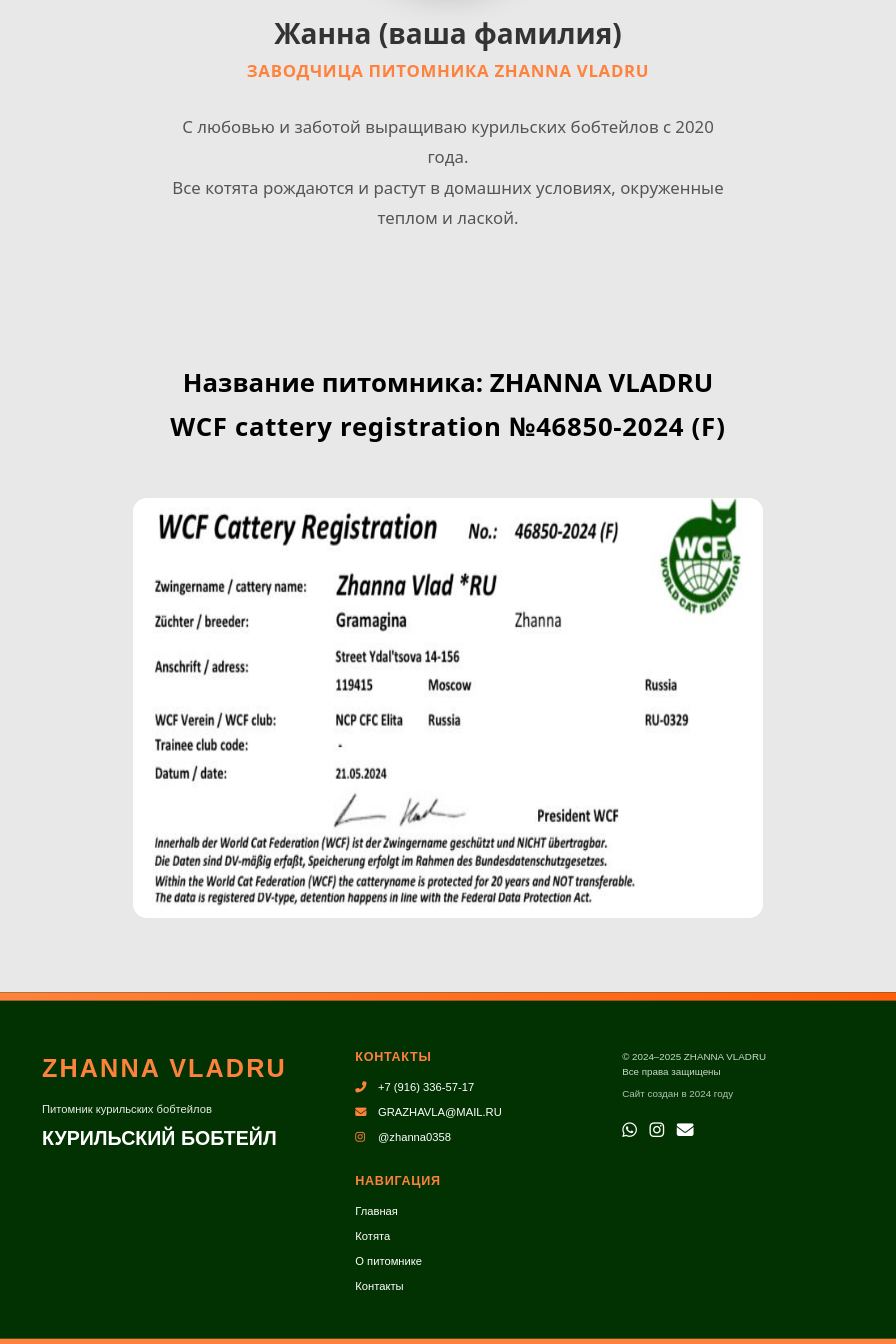
Repository: uliana007/Kuril-bobtails
Page: pages/benefits.html
The author's editor kept a copy of each file at every save. The page is drawn from the files as they stood at one save, then again after the next save.
The browser window is 1280 px wide. The pictures show the part of the page from y = 1029 to 2949 px (the page is 2949 px tall before and 2638 px after), at 70% of full size.
A picture or video elsewhere on the page could not be fetched, so the positions and the page height are approximate.

Above is the page before, as saved 2025-11-27 19:37:50.
Console error: TypeError: Cannot read properties of null (reading 'addEventListener')

After the next save:
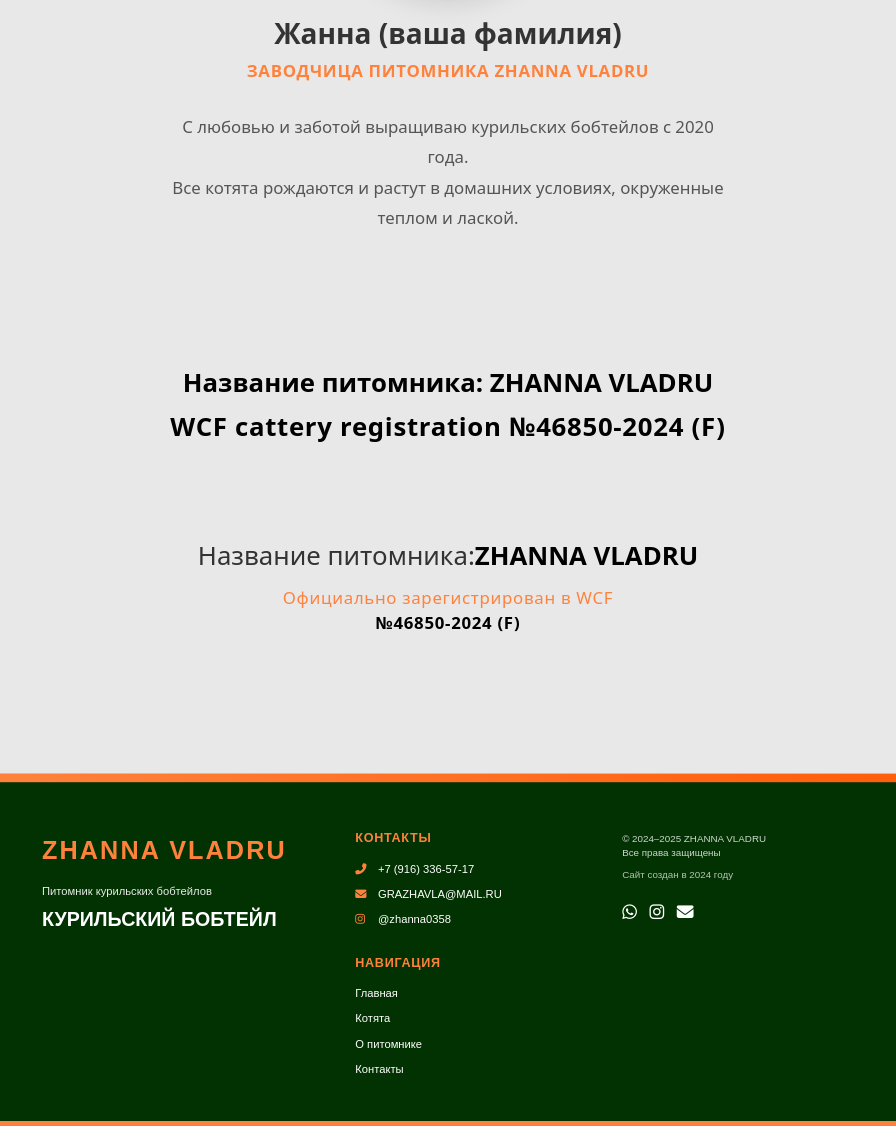
Saved 28 s later.
--- a/pages/benefits.html
+++ b/pages/benefits.html
@@ -207,19 +207,18 @@
 </section>
 
 <!-- Секция сертификата -->
-<section id="kittens" class="kittens-section">
-
-    <div class="container text-center">
-        <div class="kitten-card">
-            <div class="kitten-image">
-                <img src="/image/sertification.jpg" alt="сертификат">
-            </div>
-            <div class="kitten-info">
-                <h5 class="kitten-title mama-underline"></h5>
-            </div>
-        </div>
-    </div>
-</section>
+<!-- Официальная информация -->
+    <section class="cattery-info-section">
+        <div class="container text-center">
+            <h2 class="cattery-title">
+                Название питомника: <strong>ZHANNA VLADRU</strong>
+            </h2>
+            <p class="cattery-registration">
+                Официально зарегистрирован в WCF<br>
+                <strong>№46850-2024 (F)</strong>
+            </p>
+        </div>
+    </section>
 <br>
 <br>
 <!-- <br>
